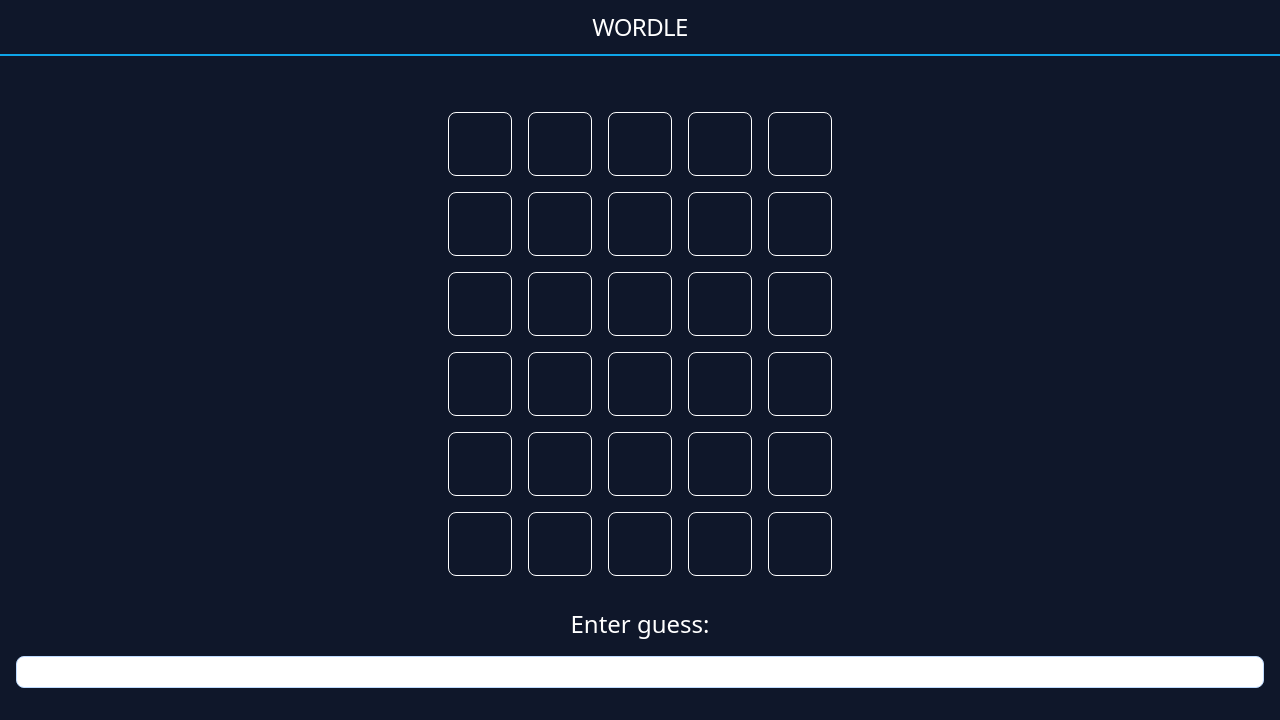
Repository: hjubsoni/basic-wordle-game
Page: / (app in client/)
The author's editor kept a copy of each file at every save. The page is drawn from the files as they stood at one save, then again after the next save.
The browser window is 1280 px wide. The pictures show the whole page.
The page's requests for data from a server got no answer. The project was rebuilt for these pictures with package versions that can differ from the ones it lists, and the page was loaded fresh each time. No one was signed in, and anything a server would have sent is missing. Also part of the build but not shown: client/vite.config.ts.

Above is the page before, as saved 2023-01-27 16:55:22.

### client/src/main.tsx
import React from 'react';
import ReactDOM from 'react-dom/client';
import App from './App';
import './index.css';

ReactDOM.createRoot(
  document.getElementById('root') as HTMLElement
).render(
  <React.StrictMode>
    <App />
  </React.StrictMode>
);

### client/src/App.tsx
import React from 'react';
import Header from './components/Header';
import Game from './components/Game';

function App() {
  return (
    <div className="h-full">
      <Header />
      <Game />
    </div>
  );
}

export default App;

### client/src/index.css
@tailwind base;
@tailwind components;
@tailwind utilities;

@layer base {
  html,
  body,
  #root {
    @apply h-full bg-slate-900;
  }
}

### client/src/components/Header/Header.tsx
import React from 'react';

function Header() {
  return (
    <header className="flex h-14 items-center justify-center  border-b-2 border-sky-500 ">
      <h2 className="uppercase text-white text-2xl tracking-tight">
        Wordle
      </h2>
    </header>
  );
}

export default Header;

### client/src/components/Game/Game.tsx
import React from 'react';
import { range } from '../../utils/range';
import Row from '../Row';
import Cell from '../Cell';
import Form from '../Form';

interface Styles {
  [key: string]: string;
}

function Game() {
  const [correctWord, setCorrectWord] = React.useState('');
  const [guessedWords, setGuessedWords] = React.useState<string[]>(
    new Array(6).fill('')
  );
  const [guess, setGuess] = React.useState<string>('');
  const [styles, setStyles] = React.useState<Styles[]>([]);

  const generateCorrectWord = async () => {
    const response = await fetch('http://localhost:5000/api');
    const words = await response.json();
    setCorrectWord(words[Math.floor(Math.random() * words.length)]);
  };

  React.useEffect(() => {
    generateCorrectWord();
  }, []);

  return (
    <main className="flex items-center justify-center flex-col gap-8 p-4">
      <div className="flex gap-4 flex-col max-w-sm w-full rouded-lg mt-10">
        {guessedWords.map((row, rowIdx) => {
          return (
            <Row key={rowIdx}>
              {range(5).map((_, cellIdx) => (
                <Cell key={cellIdx} letter={row[cellIdx]} />
              ))}
            </Row>
          );
        })}
      </div>

      <Form
        guess={guess}
        setGuess={setGuess}
        guessedWords={guessedWords}
        setGuessedWords={setGuessedWords}
        correctWord={correctWord}
      />
    </main>
  );
}

export default Game;

### client/src/utils/range.tsx
export const range = (start: number, end?: number, step = 1) => {
  let output = [];
  if (typeof end === 'undefined') {
    end = start;
    start = 0;
  }
  for (let i = start; i < end; i += step) {
    output.push(i);
  }
  return output;
};

### client/src/components/Cell/index.tsx
export { default } from './Cell';

### client/src/components/Row/Row.tsx
import React from 'react';

function Row({ children }: { children: React.ReactNode }) {
  return <div className="flex gap-4">{children}</div>;
}

export default Row;

### client/src/components/Cell/Cell.tsx
import React from 'react';

function Cell({ letter }: { letter: string }) {
  return (
    <div className="border border-white flex-1 aspect-square rounded-lg text-white text-3xl uppercase flex items-center justify-center">
      {letter}
    </div>
  );
}

export default Cell;

### client/src/components/Form/Form.tsx
import React from 'react';

interface FormProps {
  guess: string;
  setGuess: React.Dispatch<React.SetStateAction<string>>;
  guessedWords: string[];
  setGuessedWords: React.Dispatch<React.SetStateAction<string[]>>;
  correctWord: string;
}

function Form({
  guess,
  setGuess,
  guessedWords,
  setGuessedWords,
  correctWord,
}: FormProps) {
  const [currentRow, setCurrentRow] = React.useState(0);
  const handleSubmit = (e: React.FormEvent<HTMLFormElement>) => {
    e.preventDefault();
    const guessedWordsCopy = [...guessedWords];
    guessedWordsCopy[currentRow] = guess;
    setGuessedWords(guessedWordsCopy);
    setGuess('');
    setCurrentRow(currentRow + 1);
  };
  return (
    <form
      onSubmit={handleSubmit}
      className="flex gap-4 items-center flex-col w-full"
    >
      <label htmlFor="guess" className="text-white text-2xl">
        Enter guess:
      </label>
      <input
        className="border border-blue-200 rounded-lg px-2 h-8 w-full"
        type="text"
        id="guess"
        name="guess"
        value={guess}
        onChange={(e) => setGuess(e.target.value)}
        required={true}
        min={'5'}
        max={'5'}
      />
    </form>
  );
}

export default Form;

Loaded but not shown: client/index.html (common file); client/src/components/Header/index.tsx (common file); client/src/components/Game/index.tsx (common file); client/src/components/Row/index.tsx (common file); client/src/components/Form/index.tsx (common file); client/tailwind.config.cjs (common file)

After the next save:
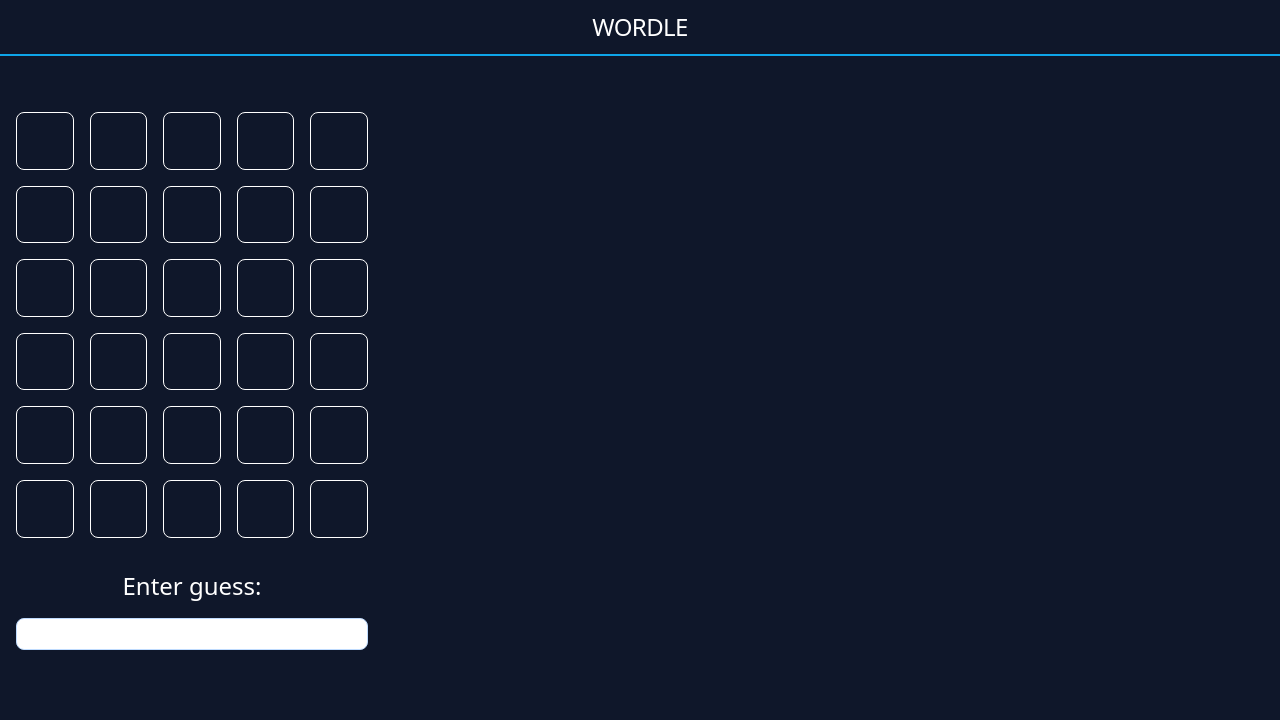
Saved 23 s later.
--- a/client/src/components/Game/Game.tsx
+++ b/client/src/components/Game/Game.tsx
@@ -27,7 +27,7 @@
   }, []);
 
   return (
-    <main className="flex items-center justify-center flex-col gap-8 p-4">
+    <main className="flex items-center justify-center flex-col gap-8 p-4 max-w-sm">
       <div className="flex gap-4 flex-col max-w-sm w-full rouded-lg mt-10">
         {guessedWords.map((row, rowIdx) => {
           return (
